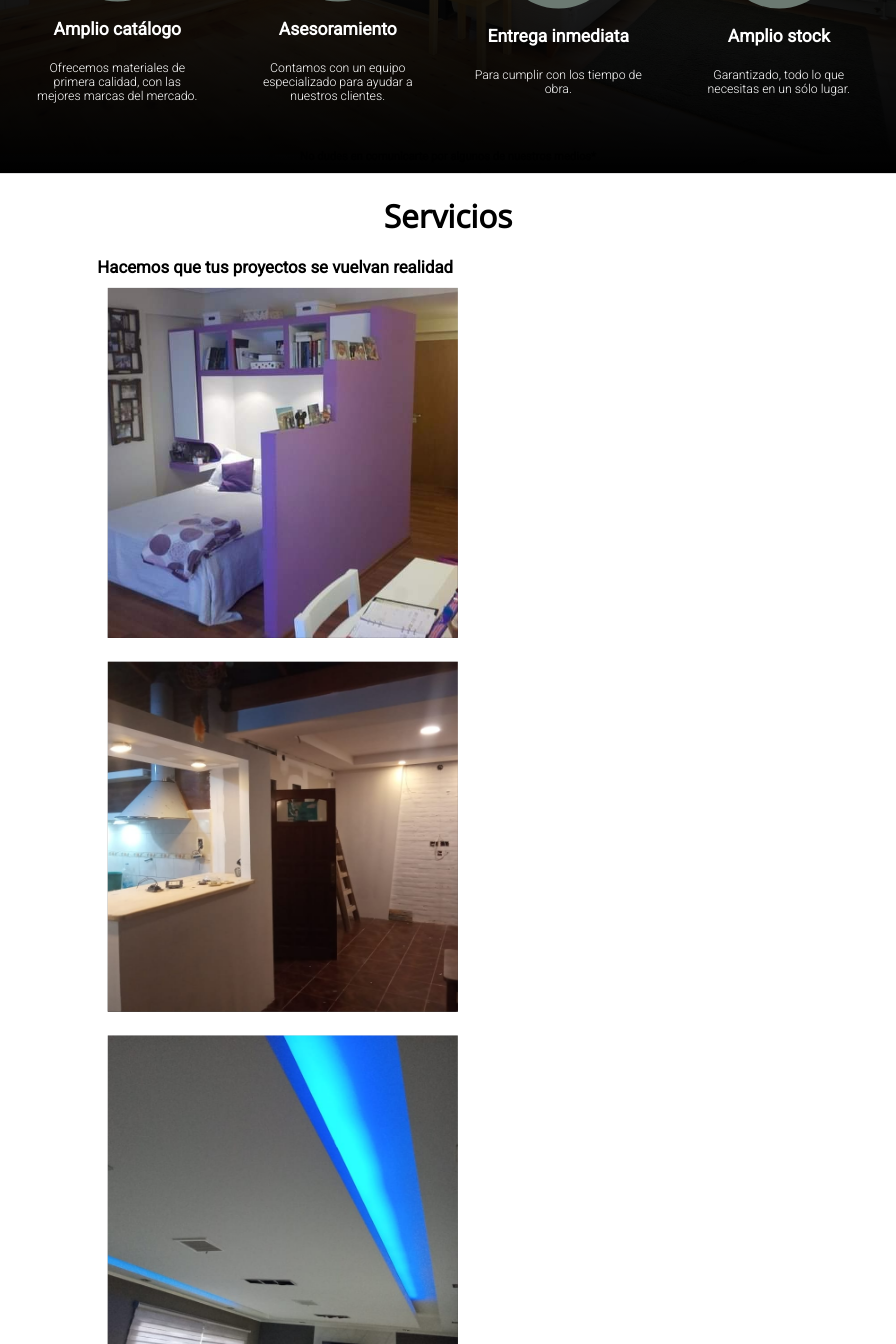
Repository: DamianBermudez94/Perfil-Plac
Page: /
An editor plug-in stored every save of this project. The page is shown before and after the next save, followed by the edit.
The browser window is 1280 px wide. The pictures show the part of the page from y = 3046 to 4966 px (the page is 6539 px tall before and 5133 px after), at 70% of full size.
Backgrounds fixed to the window are drawn as part of the page. The project was rebuilt for these pictures with package versions that can differ from the ones it lists, and the page was loaded fresh each time. Also part of the build but not shown: vite.config.js, src/index.css.

Above is the page before, as saved 2024-02-20 15:54:14.

### index.html
<!DOCTYPE html>
<html lang="en">
  <head>
    <meta charset="UTF-8" />
    <link rel="preconnect" href="https://fonts.googleapis.com" />
    <link rel="preconnect" href="https://fonts.gstatic.com" crossorigin />
    <link
      href="https://fonts.googleapis.com/css2?family=Open+Sans:wght@300;400&family=Roboto:ital,wght@0,300;0,400;1,300&display=swap"
      rel="stylesheet"
    />
    <link
      rel="icon"
      type="image/png"
      sizes="32x32"
      href="/public/favicon-32x32.png"
    />
    <meta name="author" content="Damián Bermúdez" />
    <meta name="viewport" content="width=device-width, initial-scale=1.0" />
    <meta
      name="description"
      content="Somos una empresa que se dedica a la venta y colocación de insumos para la construcción en seco"
    />
    <title>Perfil-Plac Innovasión</title>
  </head>
  <body>
    <div id="root"></div>
    <script type="module" src="/src/main.jsx"></script>
  </body>
</html>

### src/App.jsx
import { Footer } from "./components/Footer/Footer";
import { Header } from "./components/Header/Header";
import { Main } from "./components/Main/Main";
import "./App.css";

function App() {
  return (
    <>
      <Header></Header>
      <Main></Main>
      <Footer></Footer>
    </>
  );
}

export default App;

### src/components/Footer/Footer.jsx
import { FaFacebookF } from "react-icons/fa";
import { FaInstagram } from "react-icons/fa";
import { FaWhatsapp } from "react-icons/fa";
import { TfiEmail } from "react-icons/tfi";
import logoImagen from "../../img/PerfilPlac.png"
import "./styles.css";
export const Footer = () => {
  return (
    <footer className="footer">
      <div className="footer-container">
        <div className="footer-logo-container">
          <img src={logoImagen} alt="perfil-plac" className="logo-footer" />
        </div>
        <div className="content-icon">
          <ul className="container-red__social">
            <li className="icon-content">
              <a
                href=""
                className="link"
                data-social="facebook"
                aria-label="Facebook"
              >
                <FaFacebookF className="icon-facebook" />
              </a>

              <div className="tooltip">Facebook</div>
            </li>
            <li className="icon-content">
              <a
                href=""
                className="link"
                data-social="instagram"
                aria-label="Instagram"
              >
                <FaInstagram />
              </a>

              <div className="tooltip">Instagram</div>
            </li>
            <li className="icon-content">
              <a
                href=""
                className="link"
                data-social="whatsapp"
                aria-label="Whatsapp"
              >
                <FaWhatsapp />
              </a>

              <div className="tooltip">Whatsapp</div>
            </li>
            <li className="icon-content">
              <a
                href=""
                className="link"
                data-social="email"
                aria-label="Email"
              >
                <TfiEmail />
              </a>

              <div className="tooltip">Email</div>
            </li>
          </ul>
        </div>
        <div className="custom-line"></div>
        <div className="footer-legal__text">
          <p>@2024 Perfil-Plac innovación</p>
          <span>
            <a href="https://damianbermudezdev.es/" target="__blank">
              Hecho por DB|WEB &#169;
            </a>
          </span>
        </div>
      </div>
    </footer>
  );
};

### src/components/Header/Header.jsx
import { useState } from "react";

import { BrowserRouter as Router } from "react-router-dom";
import { NavHashLink, HashLink } from "react-router-hash-link";
import logoImagen from "../../img/PerfilPlac.png";
import "./styles.css";
export function Header() {
  const [isActive, setActive] = useState(false);

  function closeMenu() {
    setActive(false);
  }

  return (
    <header className="header header-fixed">
      <Router>
        <HashLink smooth to="#home" className="logo">
          <figure>
            <img src={logoImagen} alt="Perfil-Plac" />
          </figure>
        </HashLink>

        <nav className={isActive ? "active" : ""}>
          <NavHashLink smooth to="#home" onClick={closeMenu}>
            Inicio
          </NavHashLink>
          <NavHashLink smooth to="#nosotros" onClick={closeMenu}>
            Nosotros
          </NavHashLink>
          <NavHashLink smooth to="#productos" onClick={closeMenu}>
            Productos
          </NavHashLink>
          <NavHashLink smooth to="#servicios" onClick={closeMenu}>
            Servicios
          </NavHashLink>
          <NavHashLink smooth to="#contacto" onClick={closeMenu}>
            Contacto
          </NavHashLink>
        </nav>

        <div
          aria-expanded={isActive ? "true" : "false"}
          aria-haspopup="true"
          aria-label={isActive ? "Fechar menu" : "Abrir menu"}
          className={isActive ? "menu active" : "menu"}
          onClick={() => {
            setActive(!isActive);
          }}
        ></div>
      </Router>
    </header>
  );
}

### src/components/Main/Main.jsx
import Contacto from "../Contacto/Contacto";
import { Producto } from "../Producto/Producto";
import Servicios from "../Servicios/Servicios";
import Nosotros from "../Nosotros/Nosotros";
import Inicio from "../Home/Home";
export function Main() {
  return (
    <main>
      <Inicio />
      <Nosotros />
      <Producto />
      <Servicios />
      <Contacto/>
    </main>
  );
}

### src/App.css
* {
  margin: 0;
  padding: 0;
  box-sizing: border-box;
}

.App {
  width: 100%;
  padding-top: 80px; /* Ajusta este valor según la altura de tu barra de navegación */
}
body {
  max-width: 100%;
  overflow-x: hidden;
  font-family: "Roboto", sans-serif;
  font-weight: 300;
  font-style: normal;
}
h1{
  font-family: 'Open Sans', sans-serif;
}
a {
  text-decoration: none;
}

.logo img {
  width: 150px;
  height: 50px;
  object-fit: cover;
  margin-top: 30px;
}
.nav-logo {
  overflow: hidden;
}

### src/components/Footer/styles.css
/**--Estilos del footer--**/
.footer {
    display: flex;
    justify-content: space-around;
    background-color: #e2e2e2;
    padding: 20px;
  }

  .footer-container {

    display: grid;
    grid-template-columns: repeat(3, 1fr);

    justify-items: center;
    align-items: center;
  }

  .footer-logo-container {
    display: flex;
    justify-content: center;
    align-items: center;
    grid-column: span 1;
  }
  .logo-footer {
    width: 150px;
    height: 100px;
    object-fit: cover;

  }
  .content-icon{
    grid-column:  3;
  }

  .footer-legal__text p {
    margin-bottom: 20px;

  }
  .footer-legal__text{
    grid-column:span 4 ;
  }
  .footer-legal__text span {
    margin-top: 20px;
    font-weight: 600;

  }

  .footer-legal__text span a {
    color: #4c4c4c;
    text-decoration: none;
    cursor: pointer;
  }
  .custom-line {
    width: 100%;
    height: 1px;
    background-color: #6c7a72;
    margin: 10px 0;
    box-shadow: 0 0 5px 0 rgba(0, 0, 0, 0.5);
    grid-column: span 4;
  }
  @media (max-width: 920px) {
    .footer {
      height: 350px;
    }

    .footer-container {
      display: flex;
      flex-direction: column;
      justify-content: center;
      align-items: center;
    }
    .footer-container div {
      margin: 10px;
    }
  }

### src/components/Header/styles.css
.header {
  width: 100%;
  display: flex;
  align-items: center;
  justify-content: space-around;
  padding: 1.8rem 10rem;
  background-color: #e2e2e2;
  position: fixed;
  top: 0;
  left: 0;
  z-index: 1000;
}

nav {
  display: flex;
  align-items: center;
  gap: 1.8rem;

  a {

    color: #000;
    padding: 0.6rem;
    font-weight: bold;
    text-transform: uppercase;
    transition: filter 0.25s;

    &.button {
      padding: 0.6rem 5rem;
    }

    &:hover {
      filter: brightness(0.6);
      color: #6c7a72;
    }
  }
}

.menu-container {
  cursor: pointer;
  padding: 0.6rem 0;
}

.menu {
  width: 2rem;
  height: 0.2rem;
  background: #ffff;
  position: relative;
  cursor: pointer;
  display: none;

  &:before {
    bottom: 0.5rem;
  }
  &:after {
    top: 0.5rem;
  }

  &.active:before {
    bottom: 0;
    transform: rotate(45deg);
  }

  &.active:after {
    top: 0;
    transform: rotate(135deg);
  }

  &.active {
    background-color: rgba(0, 0, 0, 0);
  }
}

.menu:before,
.menu:after {
  content: "";
  display: block;
  position: absolute;
  width: 100%;
  height: 0.2rem;
  background: #ffff;
  cursor: pointer;
  transition: 0.6s;
}

input[type="checkbox"] {
  height: 0;
  width: 0;
  visibility: hidden;
  outline: none;
}

label {
  cursor: pointer;
  text-indent: -9999px;
  width: 55px;
  height: 30px;
  background: var(--green);
  display: block;
  justify-content: center;
  align-items: center;
  -webkit-border-radius: 100px;
  -moz-border-radius: 100px;
  border-radius: 100px;
  position: relative;
  margin-left: auto;
  right: 10px;
}

@media only screen and (max-width: 800px) {
  label {
    position: relative;
  }
}

label:after {
  content: "";
  background: #fff;
  width: 20px;
  height: 20px;
  -webkit-border-radius: 50%;
  -moz-border-radius: 50%;
  border-radius: 50%;
  position: absolute;
  top: 5px;
  left: 4px;
  transition: cubic-bezier(0.68, -0.55, 0.27, 01.55) 320ms;
}

input:checked + label {
  background: var(--pink);
}

input:checked + label:after {
  left: calc(100% - 5px);
  -webkit-transform: translateX(-100%);
  -moz-transform: translateX(-100%);
  -ms-transform: translateX(-100%);
  -o-transform: translateX(-100%);
  transform: translateX(-100%);
}

@media (max-width: 960px) {
  .menu {
    display: block;
  }

  nav {
    -ms-overflow-style: none;
    scrollbar-width: none;
    overflow: hidden;
    opacity: 0;
    visibility: hidden;
    flex-direction: column;
    justify-content: center;
    align-items: center;
    position: fixed;

    height: 100vh;
    background-color: var(--blue);
    top: 0;
    left: 0;
    transition: opacity 0.25s;
    background-color: var(--green);

    a.button {
      background-color: var(--pink);
    }

    &.active {
      opacity: 1;
      visibility: visible;
    }
  }
}

### src/components/Servicios/Servicios.jsx
import React from "react";
import { Transition } from "react-transition-group";

import imagen1 from "../../img/fondo1.jpg";
import imagen2 from "../../img/fondo2.jpg";
import imagen3 from "../../img/fondo3.jpg";
import imagen4 from "../../img/fondo4.jpg";
import "./styles.css"

const Servicios = () => {
  const [inProp, setInProp] = React.useState(false);

  React.useEffect(() => {
    // Activa la transición después de que el componente se monte
    setInProp(true);
  }, []);
  return (
    <Transition in={inProp} timeout={500}>
      {(state) => (
        <div
          style={{
            transition: `opacity 0.5s ease-in-out`,
            opacity: state === "entering" || state === "entered" ? 1 : 0,
          }}
        >
          <section className="container-servicios" id="servicios">
            <h1>Servicios</h1>
            <article>
              <h2>Hacemos que tus proyectos se vuelvan realidad</h2>
              <div className="container-img">
                <figure>
                  <img src={imagen1} alt="Perfil-Plac" />
                </figure>
              </div>
              <div className="container-img">
                <figure>
                  <img src={imagen2} alt="" />
                </figure>
              </div>
              <div className="container-img">
                <figure>
                  <img src={imagen3} alt="" />
                </figure>
              </div>
              <div className="container-img">
                <figure>
                  <img src={imagen4} alt="" />
                </figure>
              </div>
              <p>Tus proyectos se vuelven realidad con nuestros servicios expertos en colocación de durlock. ¡Confía en nosotros para transformar tus espacios!</p>
            </article>

          </section>
        </div>
      )}
    </Transition>
  );
};

export default Servicios;

### src/components/Nosotros/Nosotros.jsx
import React from "react";
import { Transition } from "react-transition-group";
import { Accordion } from "../Acordion/Accordion";
import "./styles.css"
const Nosotros = () => {
  const [inProp, setInProp] = React.useState(false);

  React.useEffect(() => {
    // Activa la transición después de que el componente se monte
    setInProp(true);
  }, []);
  return (
    <Transition in={inProp} timeout={500}>
      {(state) => (
        <div
          style={{
            transition: `opacity 0.5s ease-in-out`,
            opacity: state === "entering" || state === "entered" ? 1 : 0,
          }}
        >
          <section className="section-nosotros" id="nosotros">
            <div className="container-text__nosotros">
              <h1>Nosotros</h1>
              <p>
                En <strong>Perfil-Plac</strong>, llevamos años dedicados a la
                excelencia en la venta y construcción de durlock. Nuestro equipo
                altamente calificado combina habilidad técnica con un enfoque
                centrado en el cliente, asegurando resultados excepcionales en
                cada proyecto. Nos comprometemos a superar expectativas y
                convertir tus ideas en espacios funcionales y estéticamente
                atractivos.
              </p>
              <h2>¿Por qué elegirnos?</h2>
              <div className="accordion-container">
                <Accordion
                  question="Calidad Inigualable"
                  answer="Trabajamos con los mejores materiales Durlock para garantizar la durabilidad y resistencia de cada construcción."
                />
                <Accordion
                  question="Asesoramiento Expertise"
                  answer=" Nuestro equipo de expertos está listo para brindarte asesoramiento personalizado, ayudándote a seleccionar los insumos adecuados para tu proyecto específico."
                />
                <Accordion
                  question="Instalación Profesional"
                  answer="No solo suministramos insumos; también ofrecemos servicios de instalación impecables, llevando tus ideas desde el papel hasta la realidad con habilidad y precisión."
                />
                <Accordion
                  question="Variedad de Productos"
                  answer=" Explora nuestra amplia gama de productos Durlock, desde placas estándar hasta soluciones especializadas para proyectos únicos."
                />
              </div>
            </div>
          </section>
        </div>
      )}
    </Transition>
  );
};

export default Nosotros;

### src/components/Home/Home.jsx
import React from "react";
import { Transition } from "react-transition-group";

import "./styles.css"
const Inicio = () => {
  const [inProp, setInProp] = React.useState(false);

  React.useEffect(() => {
    // Activa la transición después de que el componente se monte
    setInProp(true);
  }, []);
  return (
    <Transition in={inProp} timeout={500}>
      {(state) => (
        <div
          style={{
            transition: `opacity 0.5s ease-in-out`,
            opacity: state === "entering" || state === "entered" ? 1 : 0,
          }}
        >
          {/* Contenido de tu componente */}
          <section className="home-container" id="home">
            <div className="home-banner-container">
              <div className="home-text-section">
                <h2>¡Bienvenidos a Perfil-Plac innovasión!</h2>
                <p>
                Tu socio confiable en soluciones de durlock. Ofrecemos servicios para la venta y construcción de durlock para satisfacer tus necesidades.
                </p>

              </div>
            </div>
          </section>
        </div>
      )}
    </Transition>
  );
};

export default Inicio;

### src/components/Servicios/styles.css
/**--Seccion Servicios--**/

.container-servicios {

  width: 100%;
  display: flex;
  justify-content: center;
  align-items: center;
  flex-direction: column;
}
.container-servicios h1 {
  padding: 30px;
  font-size: 45px;
  margin: 0 auto;
}
.container-img {
  display: grid;
  grid-template-columns: repeat(1, 1fr);
  grid-gap: 10px;
  padding: 15px;
}
.container-img img{
  width: 500px;
  height: 500px;
  object-fit: cover;
  transition: all .3s;
  border-image:fill 0 linear-gradient(#0003,#000) ;
}
.container-img img:hover{

  cursor: pointer;
}

### src/components/Acordion/Accordion.tsx
import { useState } from "react";
import React from 'react';
import "./style.css";



export const Accordion = ({ question, answer }) => {
  const [isOpen, setIsOpen] = useState(false);

  const toggleAccordion = () => {
    setIsOpen(!isOpen);
  };



  return (
    <div className={`accordion-item ${isOpen ? 'active' : ''}`}>
      <button className="accordion-header" onClick={toggleAccordion}>
        {question}
      </button>
      <div className="accordion-content">
        {isOpen && <p>{answer}</p>}
      </div>
    </div>

  );
};

### src/components/Nosotros/styles.css
/***--Seccion Nosotros--***/

.container-text__nosotros {
    padding: 30px;
    display: flex;
    align-items: center;
    justify-content: space-between;
    flex-direction: column;
  }
  .container-text__nosotros h1 {
    max-width: 100%;
    font-size: 45px;
    margin: 25px;
    text-align: center;
  }
  .container-text__nosotros h2 {

    font-size: 35px;

    width: 100%;
    max-width: 1300px;
    text-align: left;
    padding: 20px;
  }
  .container-text__nosotros p {
    max-width: 1300px;
    font-size: 35px;
    text-align: center;
    padding: 10px;
    margin: 20px;
    letter-spacing: normal;
    font-style: italic;
    line-height: 1.5;
    border-radius: 5px;
    box-shadow: 0 0 5px rgba(0, 0, 0, 0.1);
    transition: background-color 0.3s ease;
  }

  .container-text__nosotros p:hover {
    background-color: #e2e2e2;
  }

  .container-text__nosotros .button-informacion {
    margin-top: 30px;
    color: #6c7a72;
  }
  @media screen and (max-width: 560px) {
    .container-text__nosotros h1 {
      font-size: 35px;
    }
    .container-text__nosotros p {
      font-size: 25px;
      text-align: center;
    }
  }

### src/components/Home/styles.css
/**--Estilos Home--**/

.home-container {
    width: 100%;
    height: 723px;
    background-image: url("../../img/pexels-max-rahubovskiy-6238608.jpg");
    background-position: center;
    background-size: cover;
  }
  .home-banner-container {
    width: 100%;
    height: 100%;
    display: flex;
    justify-content: center;
    align-items: center;
    padding: 3rem;
    background-color: rgba(25, 45, 48, 0.5);
  }

  .home-text-section {
    width: 70%;
    display: flex;
    flex-direction: column;
    justify-content: center;
    align-content: flex-start;
  }
  .home-banner-container h2 {
    font-size: 40px;
    color: #ffffff;
    padding: 10px;
  }
  .home-text-section p {
    width: 50%;
    font-size: 35px;
    color: #fff;
    padding: 10px;
    margin-bottom: 40px;
  }



  @media screen and (max-width: 1290px) {
    .button-informacion {
      width: 35%;
    }
    .button-informacion svg {
      margin-left: 0.75rem;
      font-size: 1.5rem;
      display: none;
    }
  }

  @media screen and (max-width: 1110px) {
    .home-banner-container {
      padding: 0.5rem;
    }

    .button-informacion {
      width: 35%;
      font-size: 1rem;
    }
    .button-informacion svg {
      margin-left: 0.75rem;
      font-size: 1.5rem;
      display: none;
    }
  }

  @media screen and (max-width: 760px) {
    .home-banner-container {
      padding: 0.5rem;
    }

    .home-text-section p {
      font-size: 30px;
      width: 80%;
    }
    .home-banner-container .button-informacion {
      width: 50%;
      display: block;
    }

  }
  @media screen and (max-width: 560px) {
    .home-banner-container .button-informacion {
      width: 80%;
      display: block;
    }
    .home-banner-container h2 {
      font-size: 35px;
      color: #ffffff;
      padding: 10px;
    }
    .home-text-section p {
      font-size: 24px;
    }
  }

### src/components/Acordion/style.css
.accordion-container {
  max-width: 1300px;
  width: 100%;
  background-color: #fff;
  border-radius: 8px;
  box-shadow: 0 0 10px rgba(0, 0, 0, 0.1);


}
.accordion-item {

  border-bottom: 1px solid #e0e0e0;
  transition: 0.5s ease;


}
.accordion-header {
  padding: 15px;
  cursor: pointer;
  background-color: #f5f5f5;
  border: none;
  font-size: 20px;
  text-align: left;
  outline: none;
  width: 100%;
  display: flex;
  align-items: center;
  justify-content: space-between;



}
.accordion-content {
  display: none;
  padding: 15px;

}
.accordion-content p {
  font-size: 20px;
}
.accordion-item.active .accordion-content {
  display: block;


}

Loaded but not shown: src/main.jsx (common file); src/components/Producto/styles.css (679 lines, source omitted); src/components/Producto/Producto.jsx (151 lines, source omitted); src/components/Contacto/styles.css (256 lines, source omitted); src/components/Contacto/Contacto.jsx (104 lines, source omitted)

After the next save:
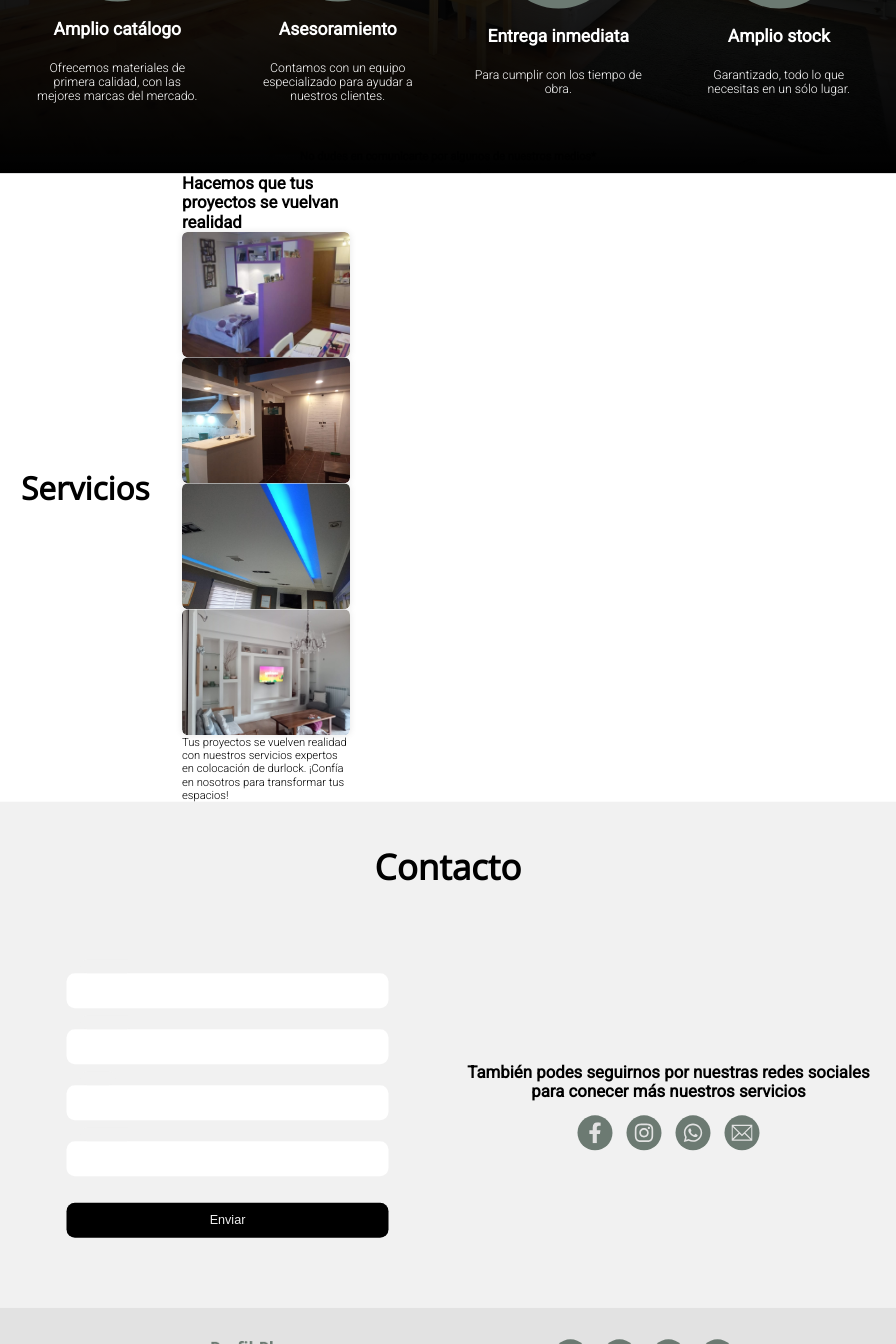
Saved 64 min 23 s later.
--- a/src/components/Servicios/styles.css
+++ b/src/components/Servicios/styles.css
@@ -1,32 +1,18 @@
-/**--Seccion Servicios--**/
+.container-servicios {
+  display: grid;
+  grid-template-columns: repeat(auto-fill, minmax(200px, 1fr));
+  gap: 20px;
+}
 
-.container-servicios {
+.container-img {
+  overflow: hidden;
+  border-radius: 8px;
+  box-shadow: 0 0 10px rgba(0, 0, 0, 0.1);
+}
 
+.container-img img {
   width: 100%;
-  display: flex;
-  justify-content: center;
-  align-items: center;
-  flex-direction: column;
+  height: auto;
+  display: block;
+  border-radius: 8px;
 }
-.container-servicios h1 {
-  padding: 30px;
-  font-size: 45px;
-  margin: 0 auto;
-}
-.container-img {
-  display: grid;
-  grid-template-columns: repeat(1, 1fr);
-  grid-gap: 10px;
-  padding: 15px;
-}
-.container-img img{
-  width: 500px;
-  height: 500px;
-  object-fit: cover;
-  transition: all .3s;
-  border-image:fill 0 linear-gradient(#0003,#000) ;
-}
-.container-img img:hover{
-
-  cursor: pointer;
-}
